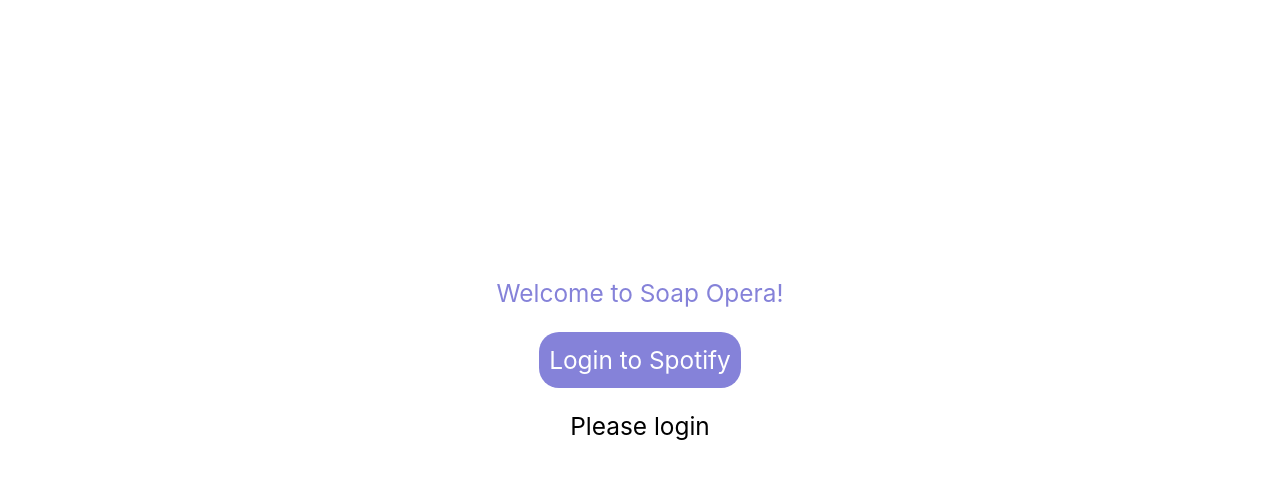
Repository: kayacancode/soapopera
Page: /
These files come from the project's save history. The page is drawn as it stood at one moment and after the next save; the edit follows.
The browser window is 1280 px wide. The pictures show the whole page.
The project was rebuilt for these pictures with package versions that can differ from the ones it lists, and the page was loaded fresh each time.

Above is the page before, as saved 2023-04-22 18:04:10.

After the next save:
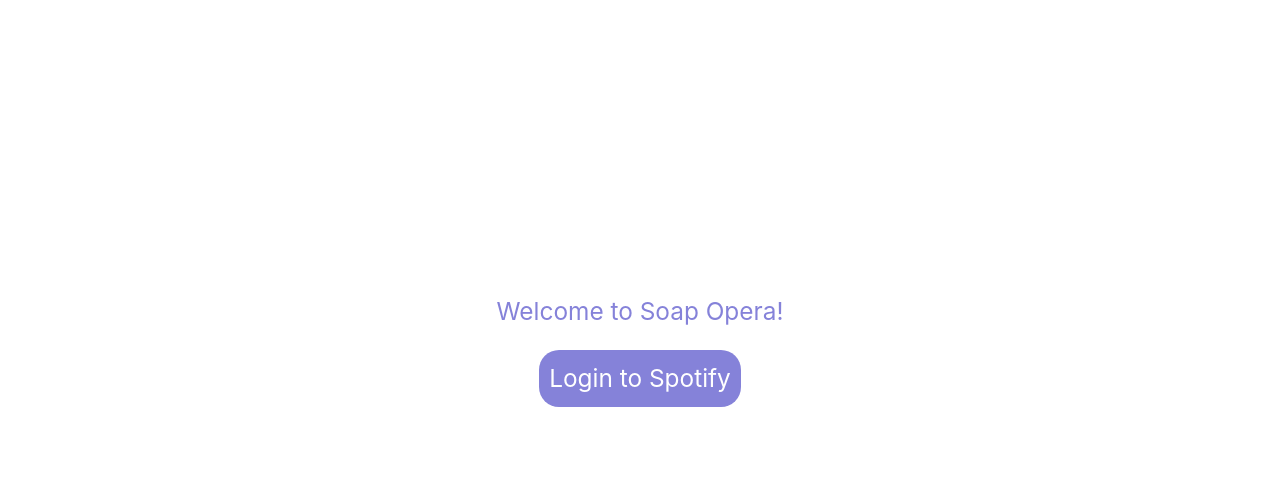
Saved 4 s later.
--- a/src/App.js
+++ b/src/App.js
@@ -136,7 +136,7 @@
 
                 </div>
 
-                : <h2>Please login</h2>
+                : <h2></h2>
             }
 
 
